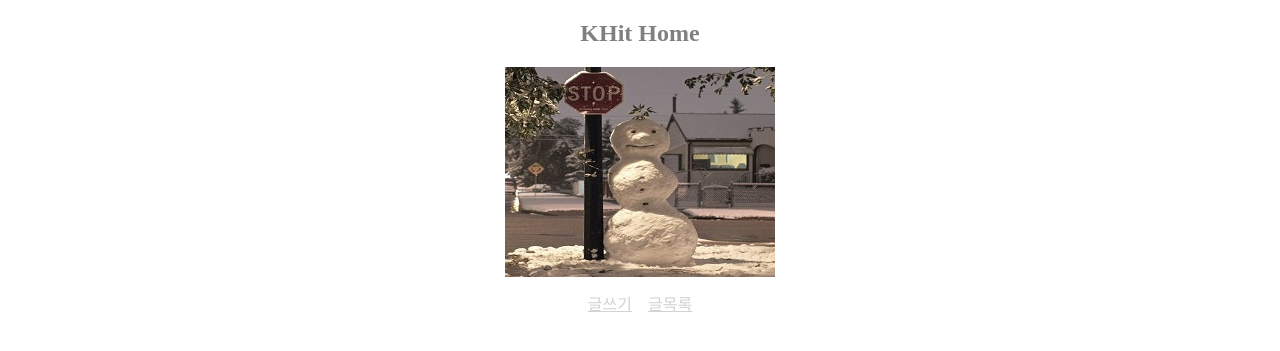
Repository: kimheerin/springWorks
Page: http://localhost/SpringBoard-jdbc/
These files come from the project's save history. The page is drawn as it stood at one moment and after the next save; the edit follows.
The browser window is 1280 px wide. The pictures show the whole page.
The page is served by Tomcat 9. Other server files are loaded and not shown.

Above is the page before, as saved 2023-12-28 02:16:40.

### SpringBoard-jdbc/src/main/webapp/WEB-INF/views/index.jsp
<%@ page language="java" contentType="text/html; charset=UTF-8"
    pageEncoding="UTF-8"%>
<!DOCTYPE html>
<html>
<head>
<meta charset="UTF-8">
<title>인덱스 페이지</title>
<link rel="stylesheet" href="/resources/css/style.css">
</head>
<body>
   <div id="content">
      <h2>KHit Home</h2>
      <div class=main-pic>
         <img src="/resources/images/snow.jpg" alt="순정명수">
      </div>
      <div class="menu">
      	<a href="/board/write">글쓰기</a>&nbsp;&nbsp;&nbsp;
      	<a href="/board/list">글목록</a>
      </div>
   </div>
</body>
</html>

### SpringBoard-jdbc/src/main/webapp/resources/css/style.css
@charset "UTF-8";

#content{width:1000px; margin:0 auto;}
h2{color:grey; text-align:center;}
.main-pic{text-align:center;}
.menu{text-align: center; margin: 10px;}
a{color: lightgrey;}

After the next save:
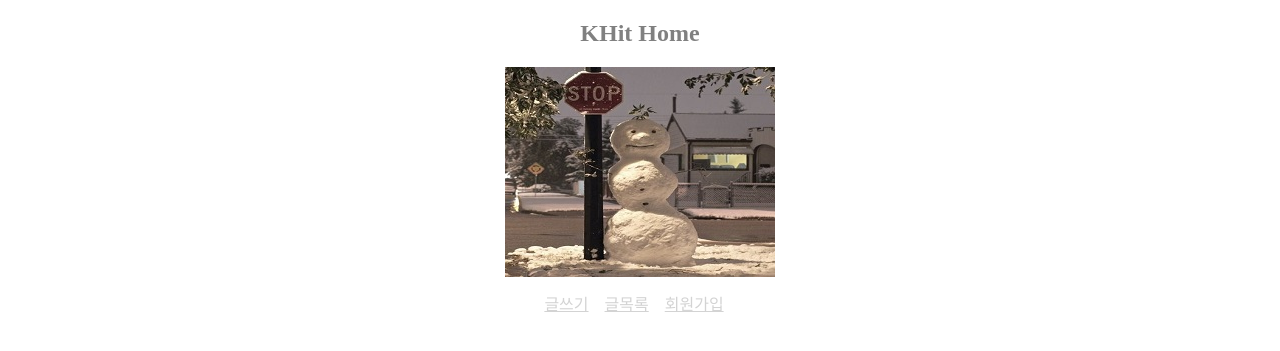
Saved 18 min 8 s later.
--- a/SpringBoard-jdbc/src/main/webapp/WEB-INF/views/index.jsp
+++ b/SpringBoard-jdbc/src/main/webapp/WEB-INF/views/index.jsp
@@ -15,7 +15,8 @@
       </div>
       <div class="menu">
       	<a href="/board/write">글쓰기</a>&nbsp;&nbsp;&nbsp;
-      	<a href="/board/list">글목록</a>
+      	<a href="/board/list">글목록</a>&nbsp;&nbsp;&nbsp;
+      	<a href="/user/join">회원가입</a>&nbsp;&nbsp;&nbsp;
       </div>
    </div>
 </body>
